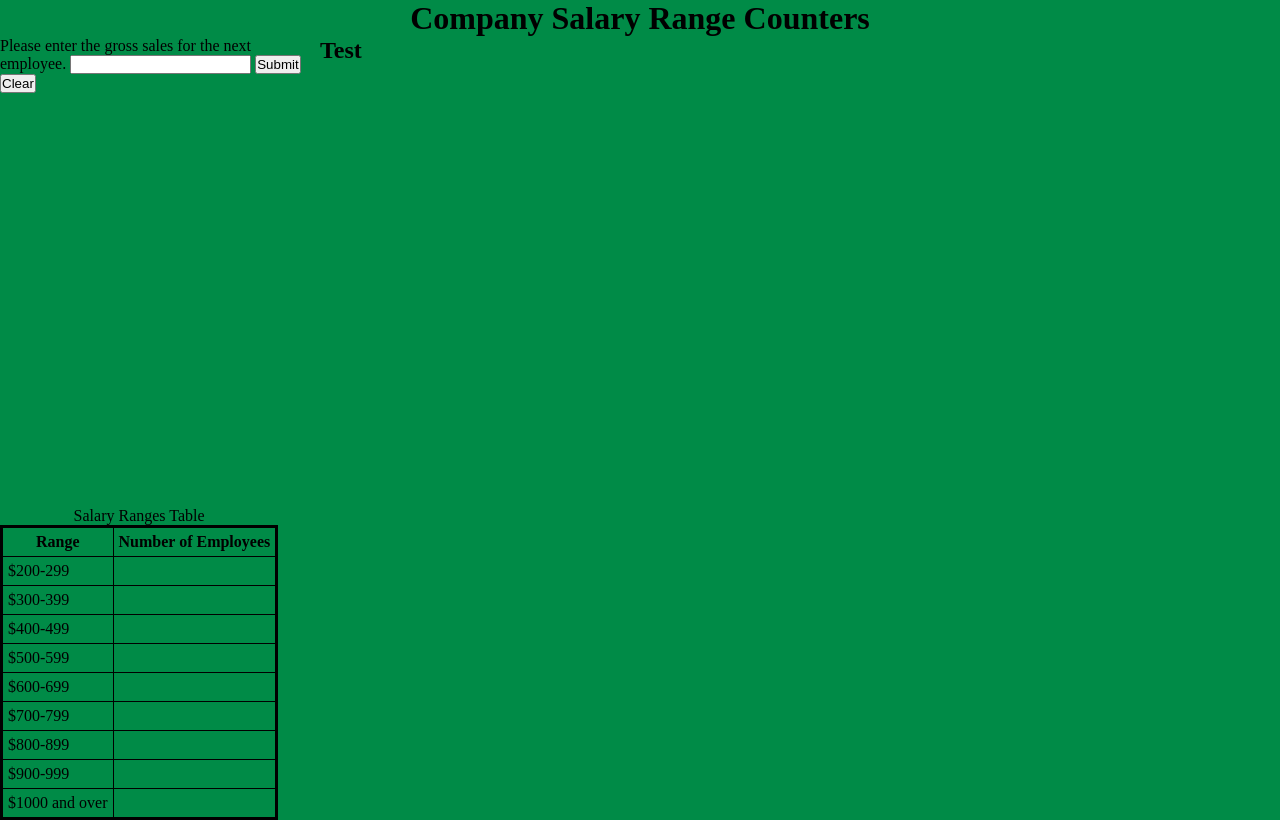
Repository: mlmEFSC21/P17-Sales-Commision
Page: sales.html
These files come from the project's save history. The page is drawn as it stood at one moment and after the next save; the edit follows.
The browser window is 1280 px wide. The pictures show the whole page.

Above is the page before, as saved 2022-04-02 07:56:21.

### sales.html
<!DOCTYPE html>
<html lang="en">
    <head>
        <meta charset="UTF-8" />
        <meta http-equiv="X-UA-Compatible" content="IE=edge" />
        <meta name="viewport" content="width=device-width, initial-scale=1.0" />
        <link rel="stylesheet" href="sales.css" />
        <script defer src="sales.js"></script>
        <title>Company Salary Range Counters</title>
    </head>
    <body>
        <header class="mainHeader">
            <h1>Company Salary Range Counters</h1>
        </header>
        <section class="mainContent">
            <div class="formContainer" id="formContainer">
                <form class="salaryForm" id="salaryForm">
                    <label for="grossSales"
                        >Please enter the gross sales for the next employee.</label
                    >
                    <input type="text" name="grossSales" class="salesInp" id="salesInp" required />
                    <button type="submit" class="submit-btn" id="submit-btn">Submit</button>
                    <button type="reset" class="clear-btn" id="clear-btn">Clear</button>
                </form>
            </div>
            <div class="currentSalary">
                <h2>Test</h2>
            </div>
            <div class="tableContainer" id="tableContainer">
                <table>
                    <caption>
                        Salary Ranges Table
                    </caption>
                    <thead>
                        <tr>
                            <th>Range</th>
                            <th>Number of Employees</th>
                        </tr>
                    </thead>
                    <tbody>
                        <tr>
                            <td>$200-299</td>
                            <td class="ranges" id="ranges"></td>
                        </tr>
                        <tr>
                            <td>$300-399</td>
                            <td class="ranges" id="ranges"></td>
                        </tr>
                        <tr>
                            <td>$400-499</td>
                            <td class="ranges" id="ranges"></td>
                        </tr>
                        <tr>
                            <td>$500-599</td>
                            <td class="ranges" id="ranges"></td>
                        </tr>
                        <tr>
                            <td>$600-699</td>
                            <td class="ranges" id="ranges"></td>
                        </tr>
                        <tr>
                            <td>$700-799</td>
                            <td class="ranges" id="ranges"></td>
                        </tr>
                        <tr>
                            <td>$800-899</td>
                            <td class="ranges" id="ranges"></td>
                        </tr>
                        <tr>
                            <td>$900-999</td>
                            <td class="ranges" id="ranges"></td>
                        </tr>
                        <tr>
                            <td>$1000 and over</td>
                            <td class="ranges" id="ranges"></td>
                        </tr>
                    </tbody>
                    <tfoot></tfoot>
                </table>
            </div>
        </section>
    </body>
</html>

### sales.css
:root {
    --clr-background: #008b47;
    --clr-primary: #f8cd24;
    --clr-secondary: #6bb64a;
}
*,
*::after,
*::before {
    box-sizing: border-box;
    margin: 0;
    padding: 0;
}
body {
    background-color: var(--clr-background);
}
.mainHeader {
    text-align: center;
}
.mainContent {
    display: grid;
    grid-template-rows: 3fr 2fr;
    grid-template-columns: 1fr 3fr;
}
table {
    border-collapse: collapse;
    border: 3px solid black;
}
th,
tr,
td {
    border: 1px solid black;
    margin: 5px;
    padding: 5px;
}

### sales.js
//  base salary = $200 + commission
// commission = gross sales * 9%
// range floor / 100 - 2 = index 0 - 8
// test: x1 = Math.floor(218 / 100) - 2;
// works for all ranges below the last. Just check for >1000 first.
const baseSalary = 200;
let commissionAmount = 0;
let totalSalary = 0;
let employeeNum = 0;
let salaryRanges = [0, 0, 0, 0, 0, 0, 0, 0, 0];
let weeklyGrossSales = [];

const form = document.querySelector("#salaryForm");
const salesInput = document.getElementById("salesInp");
const td = document.querySelectorAll("td#ranges");
form.addEventListener("submit", getWeeklySal);
const resetBtn = document.querySelector("#clear-btn");
resetBtn.addEventListener("click", clearAllSalaries);

function getWeeklySal(e) {
    e.preventDefault();
    employeeNum++;
    weeklyGrossSales = parseInt(salesInput.value);
    calcCommission();
    calcTotalWeeklySalary();
    calcSalaryRange(totalSalary);
    fillRangeCol();
    salesInput.value = "";
}
function calcCommission() {
    commissionAmount = weeklyGrossSales * 0.09;
}
function calcTotalWeeklySalary() {
    totalSalary = baseSalary + commissionAmount;
    console.log(totalSalary);
    console.log(salaryRanges);
}
function calcSalaryRange(totalSalary) {
    if (totalSalary >= 1000) {
        salaryRanges[8] += 1;
    } else if (totalSalary < 1000) {
        let i = Math.floor(totalSalary / 100) - 2;
        salaryRanges[i] = salaryRanges[i] + 1;
    }
}
//append the table
function fillRangeCol() {
    for (let i = 0; i < salaryRanges.length; i++) {
        td[i].innerText = salaryRanges[i];
    }
}
//reset button
function clearAllSalaries() {
    salesInput.value = "";
    salaryRanges = [0, 0, 0, 0, 0, 0, 0, 0, 0];
    weeklyGrossSales = [];
    for (let i = 0; i < salaryRanges.length; i++) {
        td[i].innerText = 0;
    }
}

console.log(salaryRanges);
console.log(weeklyGrossSales);

After the next save:
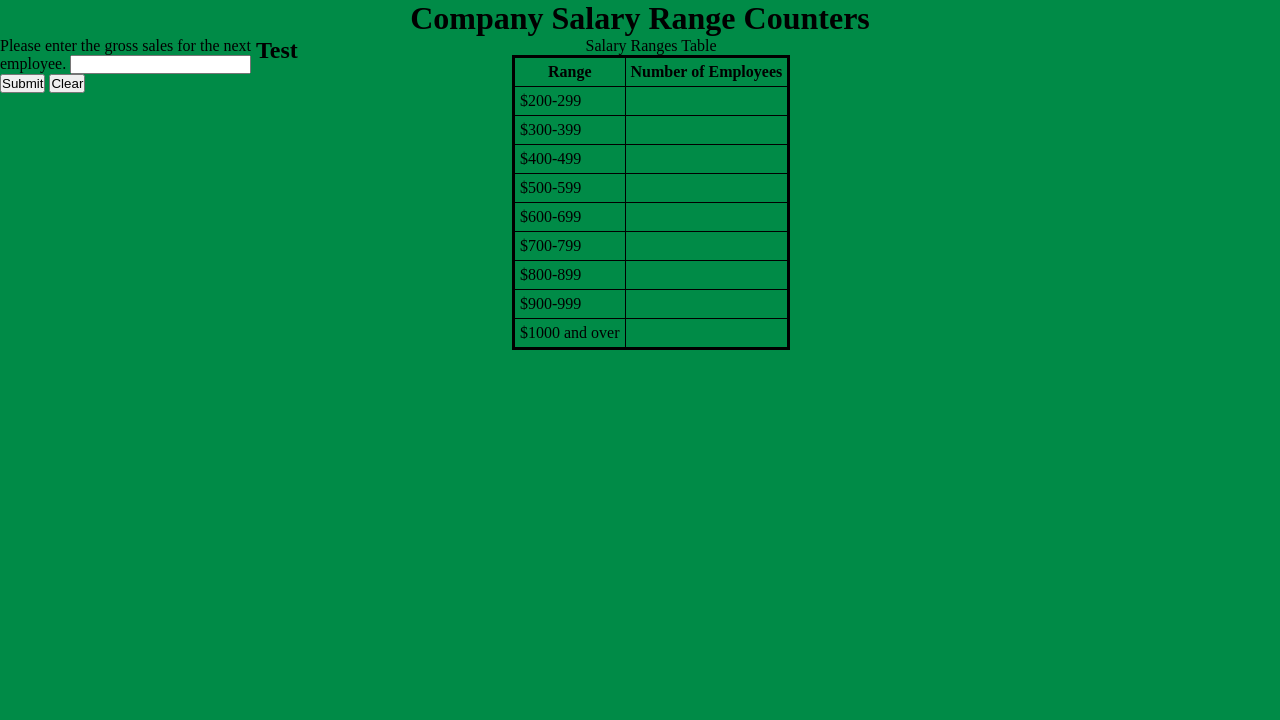
Saved 63 s later.
--- a/sales.css
+++ b/sales.css
@@ -19,7 +19,7 @@ body {
 .mainContent {
     display: grid;
     grid-template-rows: 3fr 2fr;
-    grid-template-columns: 1fr 3fr;
+    grid-template-columns: 1fr 1fr 3fr;
 }
 table {
     border-collapse: collapse;
